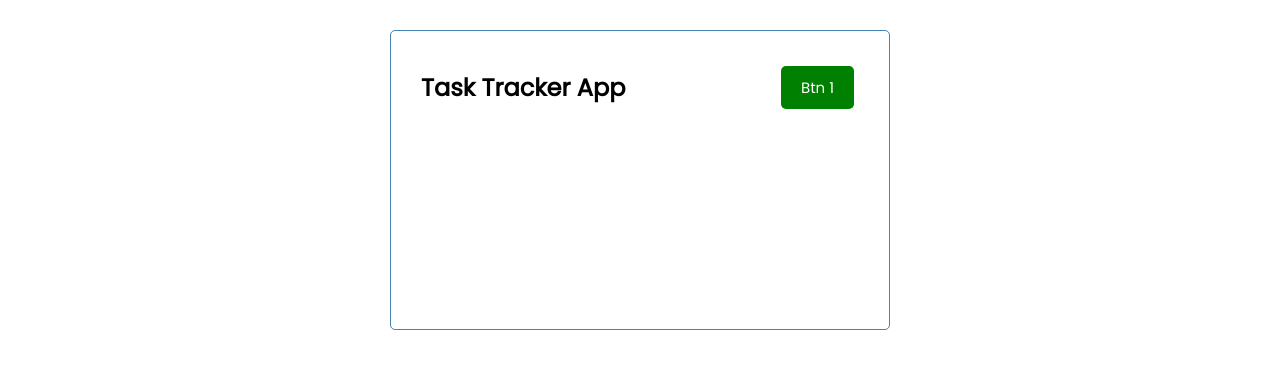
Repository: feyroozecode/task_tracker
Page: /
The author's editor kept a copy of each file at every save. The page is drawn from the files as they stood at one save, then again after the next save.
The browser window is 1280 px wide. The pictures show the whole page.
The project was rebuilt for these pictures with package versions that can differ from the ones it lists, and the page was loaded fresh each time.

Above is the page before, as saved 2023-10-19 16:55:11.

### public/index.html
<!DOCTYPE html>
<html lang="en">
  <head>
    <meta charset="utf-8" />
    <link rel="icon" href="%PUBLIC_URL%/favicon.ico" />
    <meta name="viewport" content="width=device-width, initial-scale=1" />
    <meta name="theme-color" content="#000000" />
    <meta
      name="description"
      content="Web site created using create-react-app"
    />
    <link rel="apple-touch-icon" href="%PUBLIC_URL%/logo192.png" />

    <link rel="manifest" href="%PUBLIC_URL%/manifest.json" />

    <title>React App</title>
  </head>
  <body>
    <noscript>You need to enable JavaScript to run this app.</noscript>

    <div id="root"></div>

  </body>
</html>

### src/App.js
import Header from './components/Header'

const App = ()  => {
   const appName = 'Task Tracker App'

   return (
     <div className="container">
      <Header title={appName} />
     </div>
   );

}

export default App;

### src/components/Header.js
import PropTypes from 'prop-types'
import AddButton from './AddButton'

const Header = ({ title }) => {
    return (
        <header className='header'>
            <h2 > { title } </h2>
            <AddButton color='green' text='Btn 1' />
        </header>
    )
}

// set default title
Header.defaultProps = {
    title: 'Task Tracker'
}

Header.propTypes = {
    title: PropTypes.string.isRequired
}

// styles
const headingStyles = {
    color: 'wheat',
    backgroundColor: 'green',
    textAlign: 'center'
}

export default Header

### src/components/AddButton.js

const AddButton = ({color, text}) => {
    return (
     <button
      className='btn'
     style={{ backgroundColor: color }}
     > {text} </button>
    )

}

export default AddButton

Loaded but not shown: src/index.js (common file); src/index.css (common file)

After the next save:
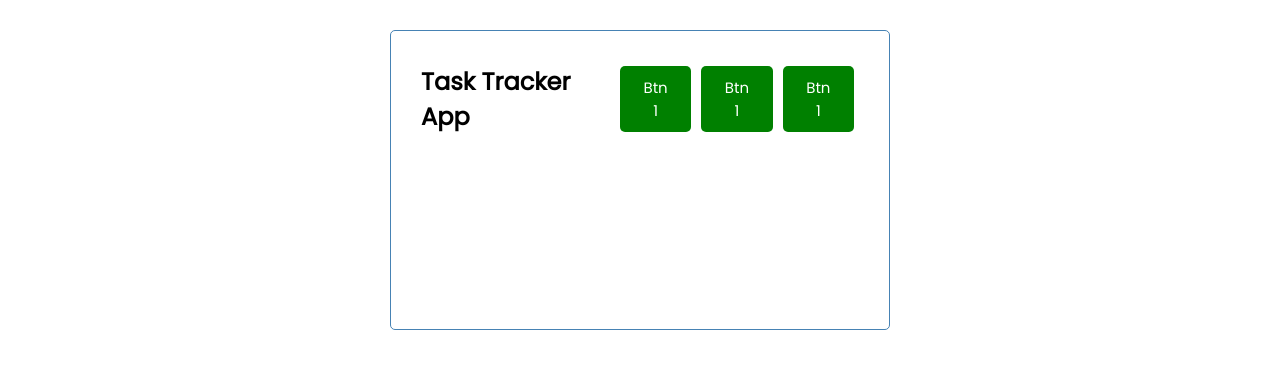
Saved 83 s later.
--- a/src/components/Header.js
+++ b/src/components/Header.js
@@ -5,6 +5,8 @@ const Header = ({ title }) => {
     return (
         <header className='header'>
             <h2 > { title } </h2>
+            <AddButton color='green' text='Btn 1' />
+            <AddButton color='green' text='Btn 1' />
             <AddButton color='green' text='Btn 1' />
         </header>
     )
